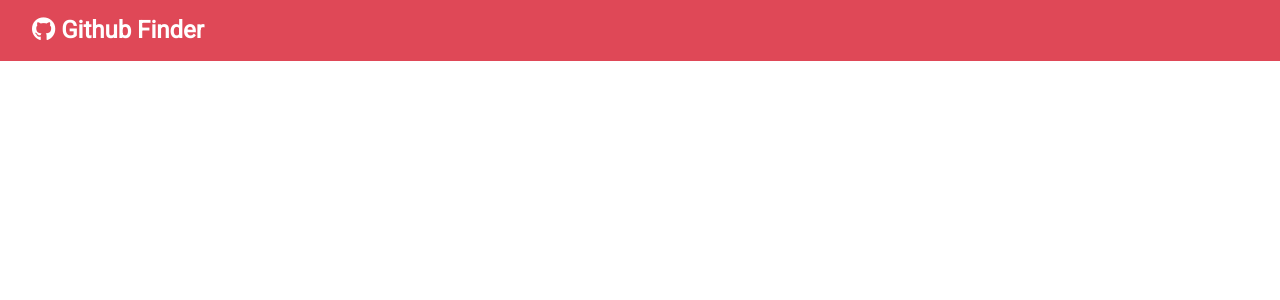
Repository: bafode/github-finder
Page: /
An editor plug-in stored every save of this project. The page is shown before and after the next save, followed by the edit.
The browser window is 1280 px wide. The pictures show the whole page.
Some web libraries are served in a nearby version. The project was rebuilt for these pictures with package versions that can differ from the ones it lists, and the page was loaded fresh each time.

Above is the page before, as saved 2023-06-16 16:47:19.

### public/index.html
<!DOCTYPE html>
<html lang="en">
  <head>
    <meta charset="utf-8" />
    <link rel="shortcut icon" href="%PUBLIC_URL%/favicon.ico" />
    <meta name="viewport" content="width=device-width, initial-scale=1" />
    <meta name="theme-color" content="#000000" />
    <link rel="manifest" href="%PUBLIC_URL%/manifest.json" />
    <link
      rel="stylesheet"
      href="https://use.fontawesome.com/releases/v5.8.2/css/all.css"
      integrity="sha384-oS3vJWv+0UjzBfQzYUhtDYW+Pj2yciDJxpsK1OYPAYjqT085Qq/1cq5FLXAZQ7Ay"
      crossorigin="anonymous"
    />

    <title>Github Finder</title>
  </head>
  <body>
    <noscript>You need to enable JavaScript to run this app.</noscript>
    <div id="root"></div>
  </body>
</html>

### src/App.js
import React,{Component} from 'react';
import './App.css';
import Navbar from './components/layout/Navbar'

class App extends Component {
  render() {

    return (
      <div className="App">
        <Navbar />
      </div>
    );
  }
}

export default App;

### src/components/layout/Navbar.js
import React, { Component } from 'react'
import PropTypes from 'prop-types'

class Navbar extends Component {

    static defaultProps = {
        title: 'Github Finder',
        icon:'fab fa-github'
    }

    static propTypes = {
        title: PropTypes.string.isRequired,
        icon:PropTypes.string.isRequired
    }

    render() {
    const{icon,title}=this.props
    return (
        <nav className='navbar bg-primary'>
            <h1>
                <i className={icon}></i> {title}
            </h1>
      </nav>
    )
  }
}


export default Navbar

### src/components/users/UserItem.js
import React, { Component } from 'react'

class UserItem extends Component {
  render() {
    return (
      <div>
        <h1>user item</h1>
      </div>
    )
  }
}

export default UserItem

Loaded but not shown: src/index.js (common file); src/App.css (common file)

After the next save:
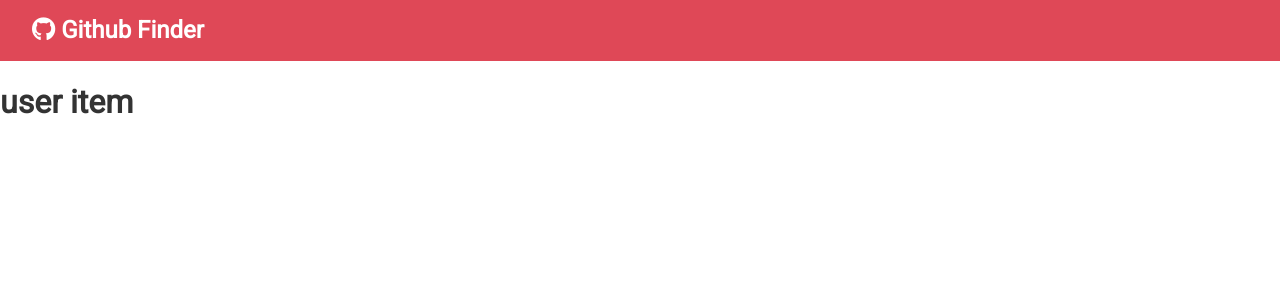
Saved 12 s later.
--- a/src/App.js
+++ b/src/App.js
@@ -1,6 +1,7 @@
 import React,{Component} from 'react';
 import './App.css';
 import Navbar from './components/layout/Navbar'
+import UserItem from './components/users/UserItem'
 
 class App extends Component {
   render() {
@@ -8,6 +9,7 @@ class App extends Component {
     return (
       <div className="App">
         <Navbar />
+        <UserItem/>
       </div>
     );
   }
